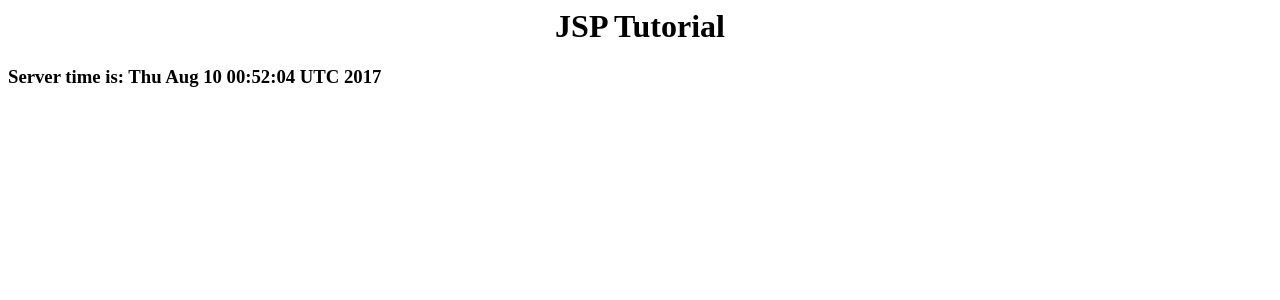
Repository: xiaoliu-lucy/JSP
Page: http://localhost/jspdemo/homepage.jsp
An editor plug-in stored every save of this project. The page is shown before and after the next save, followed by the edit.
The browser window is 1280 px wide. The pictures show the whole page.
The page is served by Tomcat 9. Other server files are loaded and not shown.

Above is the page before, as saved 2017-08-10 23:34:38.

### jspdemo/WebContent/homepage.jsp

<html>
<body>
<jsp:include page="myHeader.html" />
<jsp:include page="myFooter.jsp" />
</body>
</html>

### jspdemo/WebContent/myHeader.html
<h1 align="center"> JSP Tutorial</h1>

### jspdemo/WebContent/myFooter.jsp
<h3>Server time is: <%= new java.util.Date() %></h3>

After the next save:
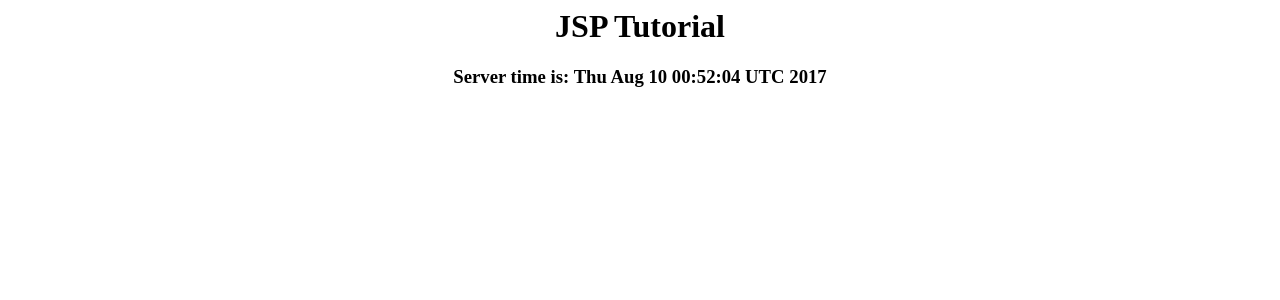
Saved 21 s later.
--- a/jspdemo/WebContent/myFooter.jsp
+++ b/jspdemo/WebContent/myFooter.jsp
@@ -1 +1 @@
-<h3>Server time is: <%= new java.util.Date() %></h3>
+<h3 align="center">Server time is: <%= new java.util.Date() %></h3>
